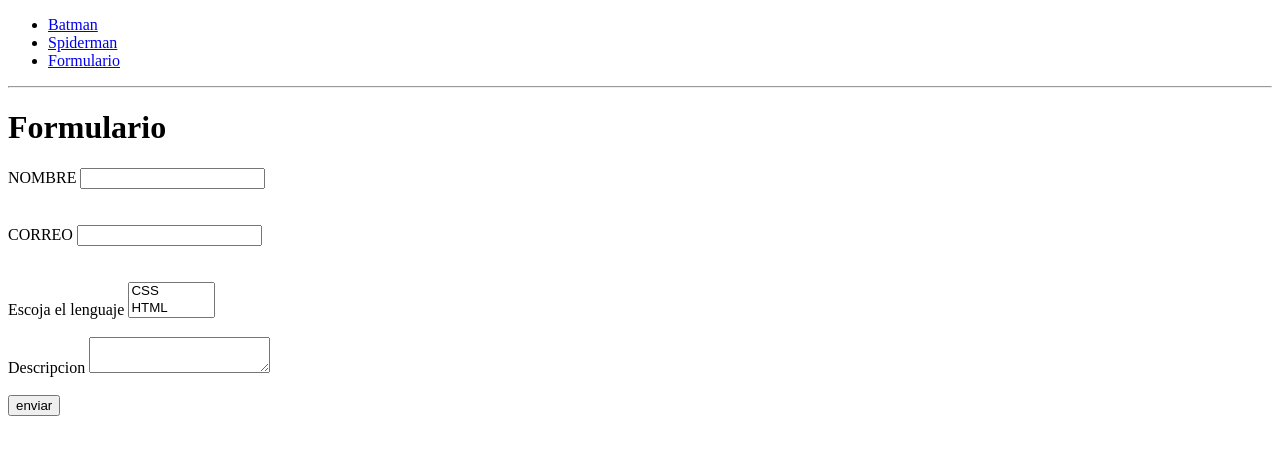
Repository: Arito05/Mi-primer-Repositorio
Page: dia1/formulario.html
An editor plug-in stored every save of this project. The page is shown before and after the next save, followed by the edit.
The browser window is 1280 px wide. The pictures show the whole page.

Above is the page before, as saved 2024-07-18 13:42:35.

After the next save:
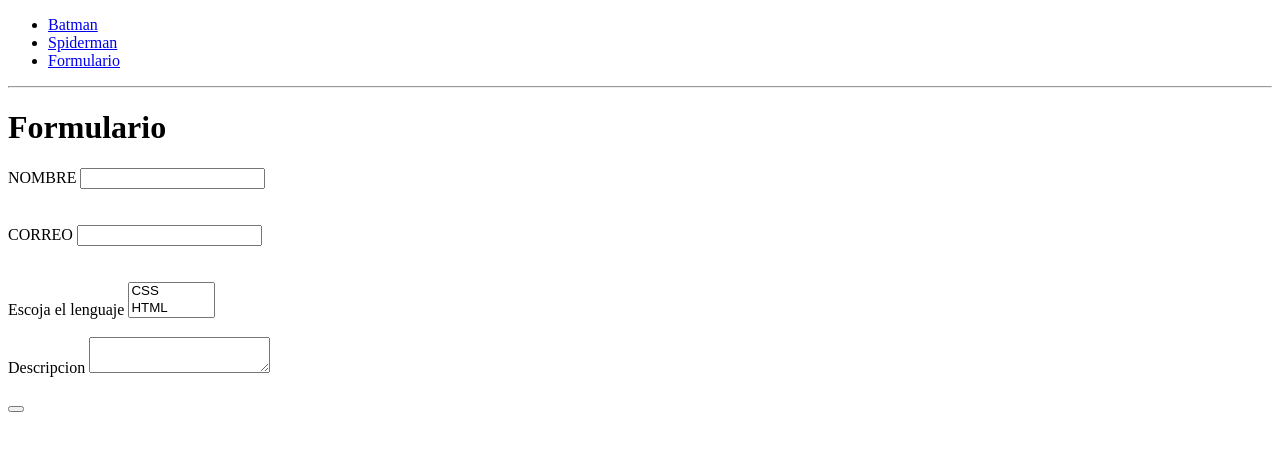
Saved 9 min 30 s later.
--- a/dia1/formulario.html
+++ b/dia1/formulario.html
@@ -35,7 +35,7 @@
       <br />
       <labe>Descripcion</labe>
       <textarea></textarea> <br /><br />
-      <input type="submit" value="enviar" />
+      <button type="submit" value="enviar"></button>
     </form>
   </body>
 </html>
